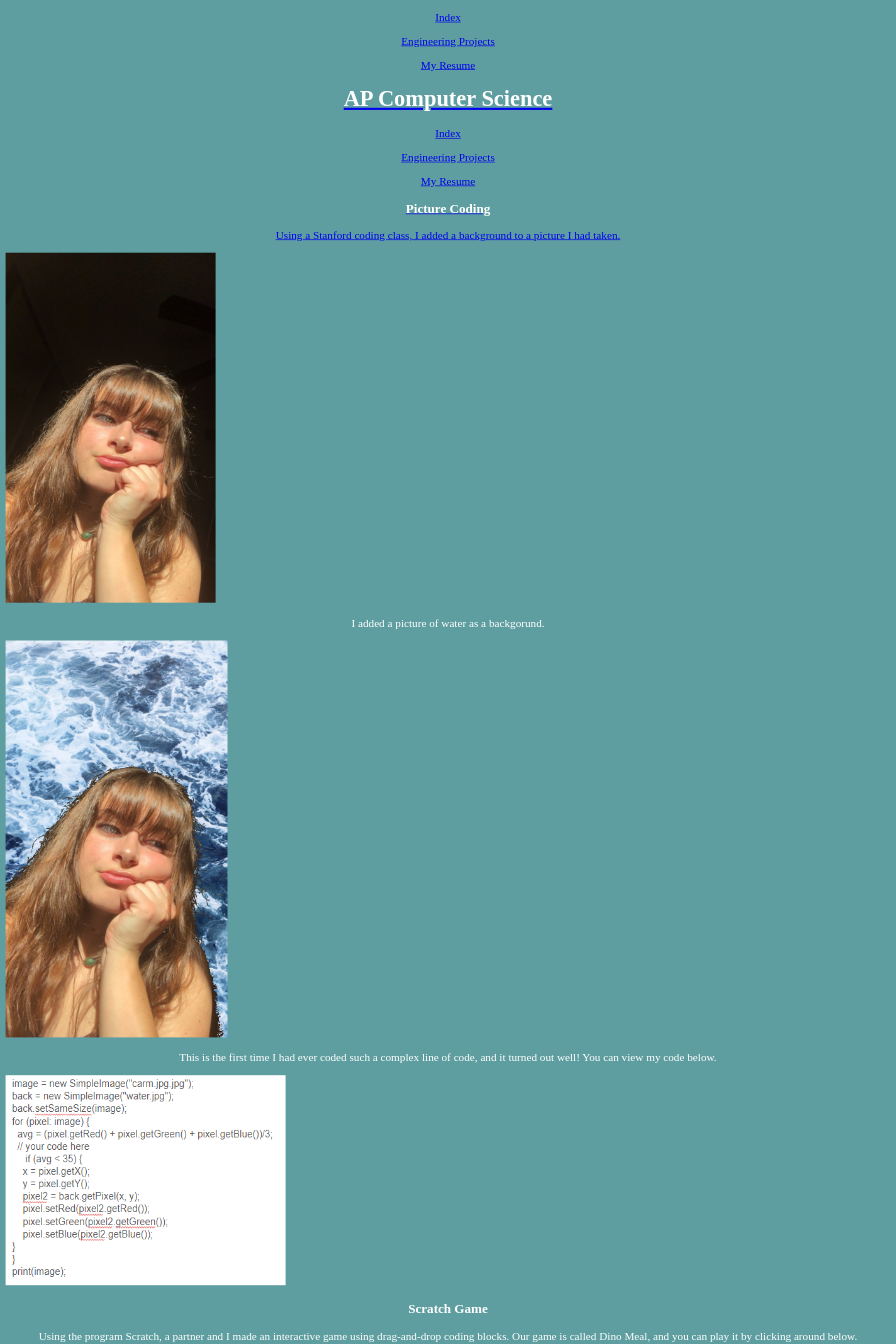
Repository: cdzendzel/cdzendzel.github.io
Page: apcs.html
The author's editor kept a record of every edit. The page is drawn from the files as they stood at one moment, then again after the next edit.
The browser window is 1280 px wide. The pictures show the part of the page from y = 0 to 1920 px (the page is 3012 px tall before and 2910 px after), at 70% of full size.
Pictures or frames that could not be fetched are drawn as grey boxes.

Above is the page before.

### apcs.html


<!DOCTYPE html>
<html>
     <body style="background-color:cadetblue;">
<head>
<title>Carmela's Webpage</title>
</head>
<body>
<p style="text-align:center; color:white;"><a href="index.html" target = "_blank">Index</a></p>
<p style="text-align:center; color:white;"><a href="engineering.html" target = "_blank">Engineering Projects</p>
<p style="text-align:center; color:white;"><a href="resume.html" target = "_blank">My Resume</p>

<h1 style="text-align:center; color:white;">AP Computer Science</h1>
<p style="text-align:center; color:white;"><a href="index.html" target = "_blank">Index</a></p>
<p style="text-align:center; color:white;"><a href="engineering.html" target = "_blank">Engineering Projects</p>
<p style="text-align:center; color:white;"><a href="resume.html" target = "_blank">My Resume</p>

<h3 style="text-align:center; color:white;">Picture Coding</h3>
</body>
</html>
</body>
</html>

<p style="text-align:center; color:white;">Using a Stanford coding class, I added a background to a picture I had taken.  </a></p>
<img src="images/carm.jpg.JPG" alt="Picture of me before coding" width="300" height="500">
<p style="text-align:center; color:white;">I added a picture of water as a backgorund.  <a></p>
<img src="images/carm.water.code.PNG" alt="Picture of me after coding with water as the background"">
<p style="text-align:center; color:white;">This is the first time I had ever coded such a complex line of code, and it turned out well! You can view my code below.</a></p>
<img src="images/pic.code.PNG" alt="Carmela's Picture Code" width="400" height="300">

<h3 style="text-align:center; color:white;">Scratch Game</h3>
<p style="text-align:center; color:white;">Using the program Scratch, a partner and I made an interactive game using drag-and-drop coding blocks. Our game is called Dino Meal, and you can play it by clicking around below.  </a></p>
<iframe src="https://docs.google.com/presentation/d/e/2PACX-1vQlzyCuhyRdYywk_B_c0P-xEZjcl4PeS42tZtRi-OlesZ-Pv65c4r4OaglgzEBHuYl5XDBwqpA1L_Ub/embed?start=false&loop=false&delayms=3000" frameborder="0" width="960" height="569" allowfullscreen="true" mozallowfullscreen="true" webkitallowfullscreen="true" width="500"  height="400"></iframe>

<h3 style="text-align:center; color:white;">Interactive Fiction Story</h3>
<p style="text-align:center; color:white;">With another pair, I created an interactive fiction story based off the story of the Wizard of Oz.  You can view our code and play our game below.  </a></p>
<iframe height="400px" width="100%" src="https://repl.it/@gabib44/Interactive-Story?lite=true" scrolling="no" frameborder="no" allowtransparency="true" allowfullscreen="true" sandbox="allow-forms allow-pointer-lock allow-popups allow-same-origin allow-scripts allow-modals" width="500" height="750"></iframe>
</body>

After the next edit:
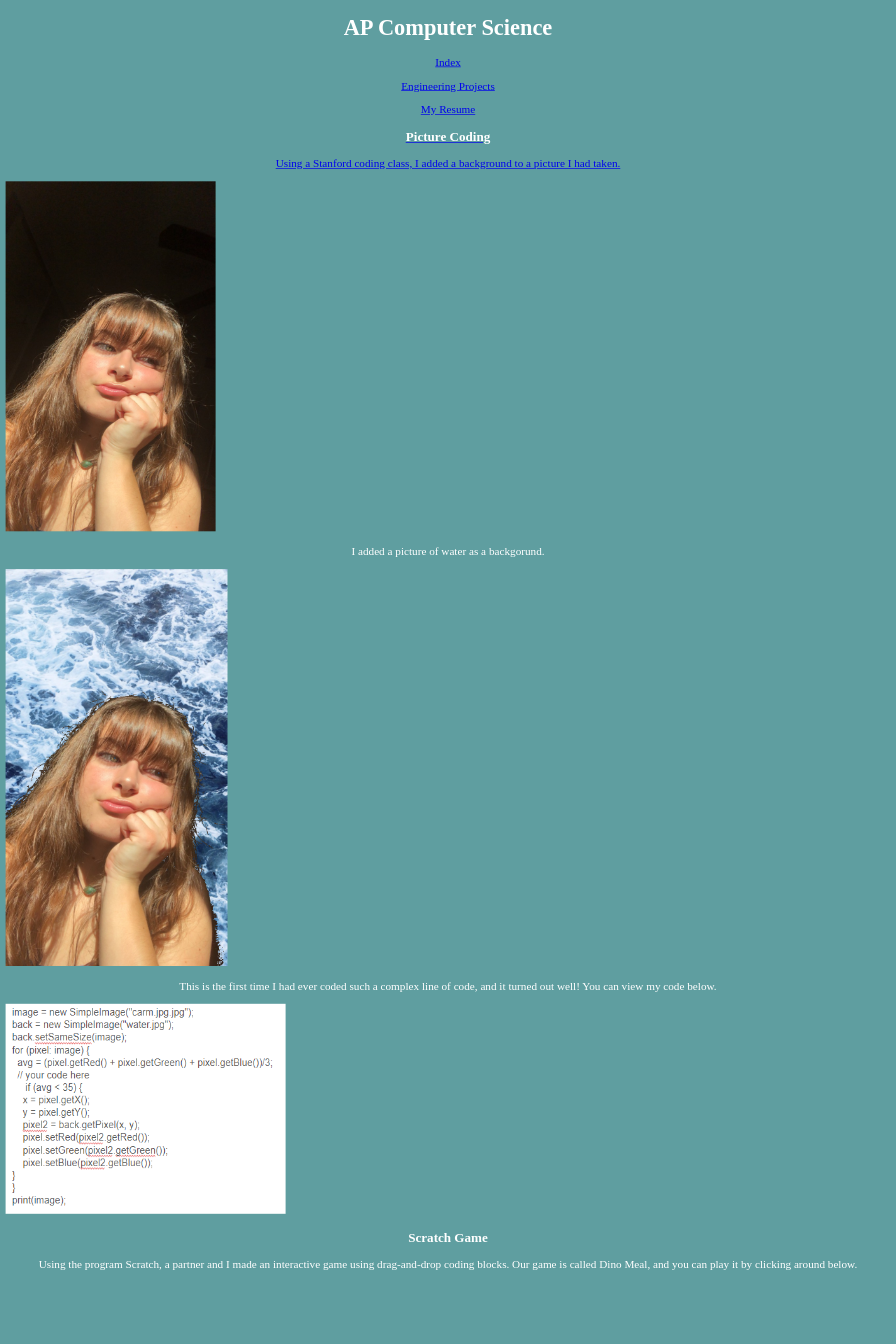
The edit:
--- a/apcs.html
+++ b/apcs.html
@@ -7,9 +7,7 @@
 <title>Carmela's Webpage</title>
 </head>
 <body>
-<p style="text-align:center; color:white;"><a href="index.html" target = "_blank">Index</a></p>
-<p style="text-align:center; color:white;"><a href="engineering.html" target = "_blank">Engineering Projects</p>
-<p style="text-align:center; color:white;"><a href="resume.html" target = "_blank">My Resume</p>
+
 
 <h1 style="text-align:center; color:white;">AP Computer Science</h1>
 <p style="text-align:center; color:white;"><a href="index.html" target = "_blank">Index</a></p>
